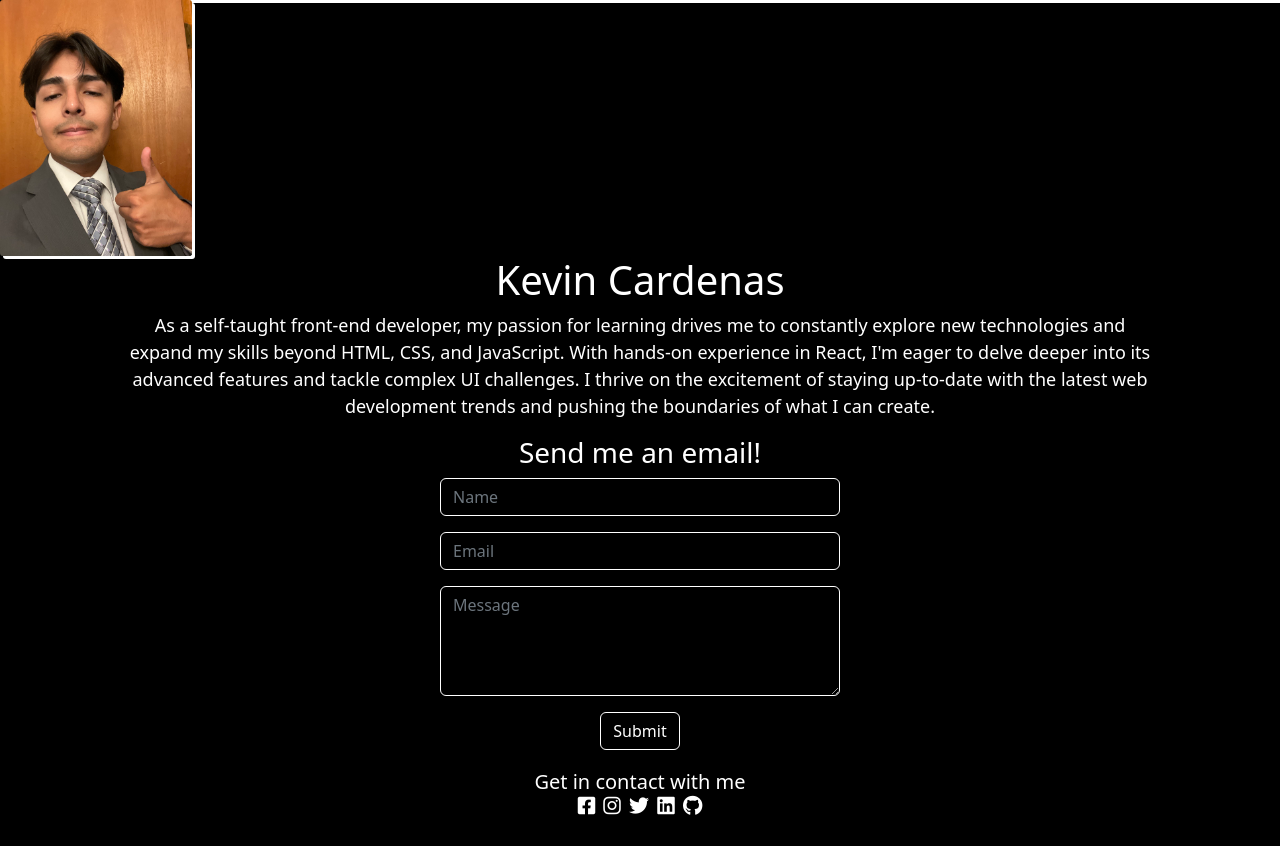
Repository: elqueben/elqueben.github.io
Page: public/index.html
An editor plug-in stored every save of this project. The page is shown before and after a run of saves, followed by the edit.
The browser window is 1280 px wide. The pictures show the part of the page from y = 180 to 1026 px (the page is 1026 px tall).

Above is the page before, as saved 2023-06-20 13:36:50.

### public/index.html
<!DOCTYPE html>
<html lang="en">
<head>
  <meta charset="UTF-8">
  <meta name="viewport" content="width=device-width, initial-scale=1.0">
  <link rel="stylesheet" href="https://cdnjs.cloudflare.com/ajax/libs/font-awesome/6.4.0/css/all.min.css" integrity="sha512-iecdLmaskl7CVkqkXNQ/ZH/XLlvWZOJyj7Yy7tcenmpD1ypASozpmT/E0iPtmFIB46ZmdtAc9eNBvH0H/ZpiBw==" crossorigin="anonymous" referrerpolicy="no-referrer" />
  <link rel="stylesheet" href="https://cdn.jsdelivr.net/npm/bootstrap@5.2.3/dist/css/bootstrap.min.css" integrity="sha384-rbsA2VBKQhggwzxH7pPCaAqO46MgnOM80zW1RWuH61DGLwZJEdK2Kadq2F9CUG65" crossorigin="anonymous">
  <link rel="stylesheet" href="styles.css">
  <title>elqueben</title>
</head>
<body>
  <div id="pfp-container">
    <div>
    <img id="wallpaper" src="manga.png" alt="Wallpaper Image">
    </div>
    <div id="profile">
    <img id="pfp" src="me.jpg" alt="Profile Picture">
    </div>
  </div>
  <div id="text">
  <h1 class="text-center">Kevin Cardenas</h1>
  <p class="text-center">As a self-taught front-end developer, my passion for learning drives me to constantly explore new technologies and expand my skills beyond HTML, CSS, and JavaScript. With hands-on experience in React, I'm eager to delve deeper into its advanced features and tackle complex UI challenges. I thrive on the excitement of staying up-to-date with the latest web development trends and pushing the boundaries of what I can create.</p>
  </div>
  <div>
    <div>
      <h3 class="text-center">Send me an email!</h3>
      <form class="my-form">
        <div class="inputs mb-3">
          <input type="text" name="name" class="form-control" placeholder="Name">
        </div>
        <div class="inputs mb-3">
          <input type="email" name="email" class="form-control" placeholder="Email">
        </div>
        <div class="inputs mb-3">
          <textarea class="form-control" rows="4" placeholder="Message"></textarea>
        </div>
        <div class="text-center">
          <button type="submit" class="btn">Submit</button>
        </div>
      </form>
    </div>
  </div>
  <div class="footer text-center">
    <h5>Get in contact with me
      <div id="icons">
      <a href="https://www.facebook.com/eselqueben/" target="_blank"><i class="fa fa-brands fa-square-facebook"></i></a>
      <a href="https://www.instagram.com/elqueben/" target="_blank"><i class="fa fa-brands fa-instagram"></i></a>
      <a href="https://twitter.com/eselqueben" target="_blank"><i class="fa fa-brands fa-twitter"></i></a>
      <a href="https://www.linkedin.com/in/elqueben/" target="_blank"><i class="fa fa-brands fa-linkedin"></i></a>
      <a href="https://github.com/elqueben" target="_blank"><i class="fa fa-brands fa-github"></i></a>
      </div>
    </h5>
  </div>
</body>
</html>

### public/styles.css
#text {
    padding-left: 10%;
    padding-right: 10%;
    border-radius: 5px;
    font-size: large;
}

body {
    background-color: #000;
    color: #fff;
    margin: 0;
    padding: 0;
}

#pfp-container {
    justify-content: center;
}

#wallpaper {
    width: 100vw;
    height: 25vh;
    border-radius: 3px;
    box-shadow: 3px 3px #fff;
    object-fit: cover;
}

#pfp {
    width: 15%;
    border-radius: 3px;
    box-shadow: 3px 3px #fff;
    margin-left: auto;
    margin-right: auto;
}

.my-form {
    max-width: 400px;
    margin: 0 auto;
}

.form-control {
    background-color: #000;
    border: 1px solid #fff;
    color: #fff;
}

.btn {
    background-color: #000;
    border-color: #fff;
    color: #fff;
}

.btn:hover {
    background-color: #333;
    border-color: #fff;
    color: #fff;
}

.btn:active {
    background-color: #333;
    transform: translateY(2px);
}

.fa {
    color: #fff;
    margin: 1.5px;
}

.fa:hover {
    color: #333;
}

.footer {
    background-color: #000;
    color: #fff;
    padding: 20px;
    text-align: center;
}

#icons {
    justify-content: space-between;
}

After the next 2 saves:
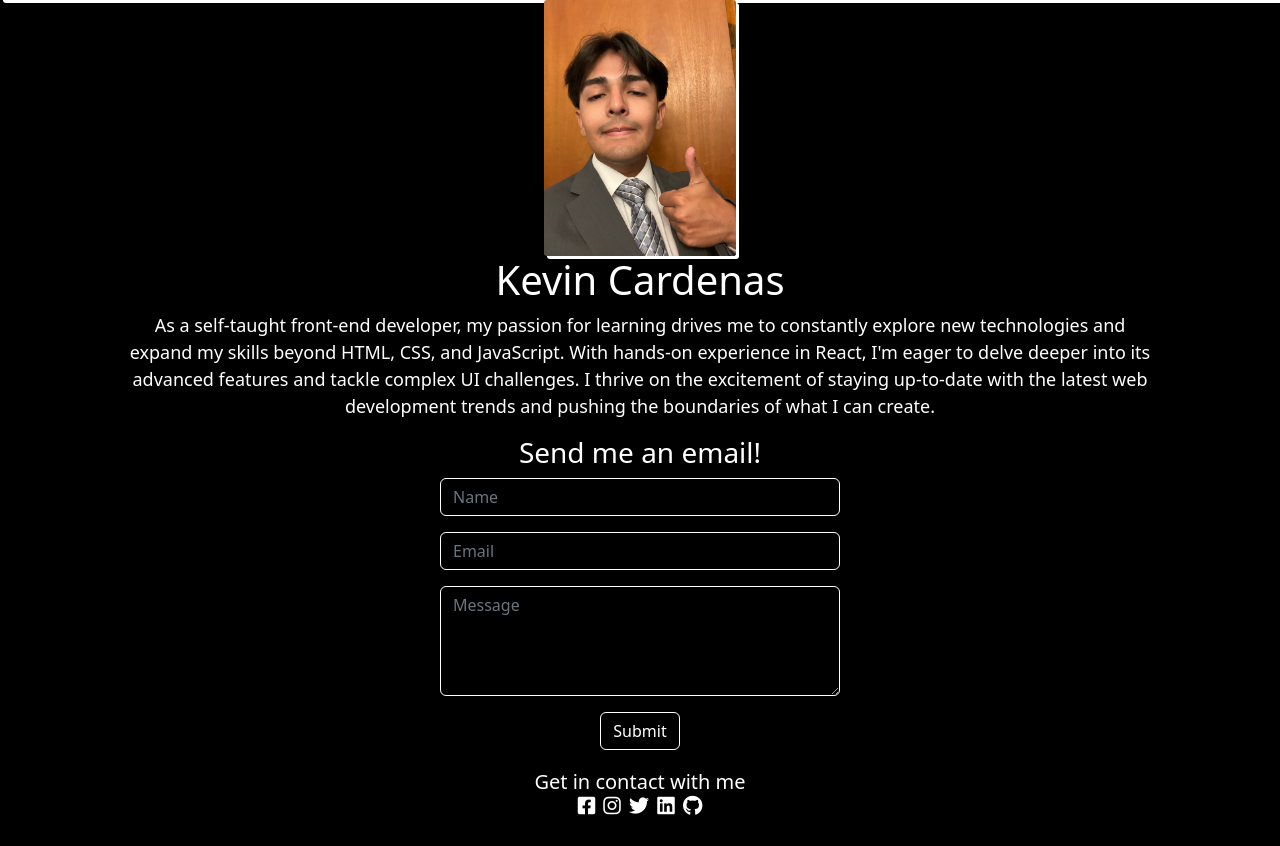
The 2 saves are shown as one change because they came seconds apart.
The last was saved 13 s later.
--- a/public/index.html
+++ b/public/index.html
@@ -13,7 +13,7 @@
     <div>
     <img id="wallpaper" src="manga.png" alt="Wallpaper Image">
     </div>
-    <div id="profile">
+    <div class="text-center">
     <img id="pfp" src="me.jpg" alt="Profile Picture">
     </div>
   </div>
